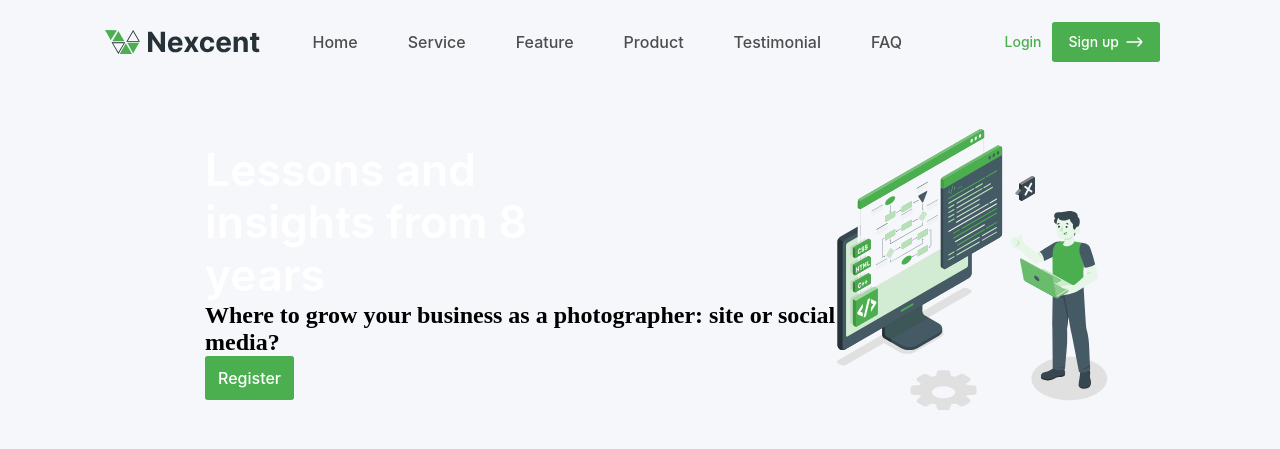
Repository: kubrazamanova/Folder4
Page: homePage/index.html
The author's editor kept a copy of each file at every save. The page is drawn from the files as they stood at one save, then again after the next save.
The browser window is 1280 px wide. The pictures show the whole page.

Above is the page before, as saved 2023-11-11 11:48:02.

### homePage/index.html
<!DOCTYPE html>
<html lang="en">
  <head>
    <meta charset="UTF-8" />
    <meta name="viewport" content="width=device-width, initial-scale=1.0" />
    <link rel="stylesheet" href="index.css" />
    <title>Document</title>
  </head>
  <body>
    <div class="container">
      <nav>
        <img src="../images/Logo.svg" alt="" />
        <ul>
          <li>
            <a href="#">Home</a>
          </li>

          <li>
            <a href="#">Service</a>
          </li>
          <li>
            <a href="#">Feature</a>
          </li>

          <li>
            <a href="#">Product</a>
          </li>

          <li>
            <a href="#">Testimonial</a>
          </li>

          <li>
            <a href="#">FAQ</a>
          </li>
        </ul>
        <div class="buttons-box">
          <button class="login-btn">
            <a href="">Login</a>
          </button>
          <button class="signup-btn">
            <a href="#">Sign up</a>
            <svg
              xmlns="http://www.w3.org/2000/svg"
              width="17"
              height="10"
              viewBox="0 0 17 10"
              fill="none"
            >
              <path
                d="M12 9L15.2929 5.70711C15.6834 5.31658 15.6834 4.68342 15.2929 4.29289L12 1M15 5L1 5"
                stroke="white"
                stroke-width="1.5"
                stroke-linecap="round"
              />
            </svg>
          </button>
        </div>
      </nav>

      <div class="box2">
        <div class="left-side">
          <h1>Lessons and insights <span> from 8 years </span></h1>
          <h2>
            Where to grow your business as a photographer: site or social media?
          </h2>
          <a href="#">Register</a>
        </div>

        <div class="right-side">
          <img src="../images/Illustration.svg" alt="" />
        </div>
      </div>
    </div>
  </body>
</html>

### homePage/index.css
* {
  margin: 0;
  padding: 0;
  box-sizing: border-box;
}

.container {
  min-height: 100vh;
  background: var(--neutral-silver, #f5f7fa);
  padding: 22px 120px 96px 105px;
}
.container nav{
  display: flex;
  align-items: center;
justify-content: space-between;
}
.container nav ul {
  display: flex;
  align-items: center;
}

.container nav ul li {
  list-style-type: none;
  margin-right: 50px;
}

.container nav ul li a {
  color: var(--neutral-d-grey, #4d4d4d);
  text-align: center;
  font-family: Inter;
  font-size: 16px;
  font-style: normal;
  font-weight: 500;
  line-height: 24px;
  text-decoration: none;
}

.container nav .buttons-box{
  display: flex;
  align-items: center;
}
.container nav button{
  border: none;
  background: none;
}
.container nav .login-btn a{
  color: var(--brand-primary, #4CAF4F);
text-align: center;
font-feature-settings: 'salt' on, 'clig' off, 'liga' off;

/* Label / Medium Label */
font-family: Inter;
font-size: 14px;
font-style: normal;
font-weight: 500;
line-height: 20px; /* 142.857% */
text-decoration: none;
}
.container nav .signup-btn{
  padding: 10px 17px;
  margin-left: 10px;
  background-color: #4CAF4F;
  display: flex;
  align-items: center;
  border-radius: 2.784px;

}
.container nav .signup-btn a{
  margin-right: 7px;
  color: var(--default-white, #FFF);
text-align: center;
font-feature-settings: 'salt' on, 'clig' off, 'liga' off;

/* Label / Medium Label */
font-family: Inter;
font-size: 14px;
font-style: normal;
font-weight: 500;
line-height: 20px; /* 142.857% */
text-decoration: none;
}

.container .box2 {
  display: flex;
  justify-content: space-between;
  align-items: center;
  padding: 66px 52px 66px 100px;
}

.container .box2 .left-side h1 {
  width: 450px;
  /* display: block;
    margin-top: 111px; */
  color: var(--neutral-d-grey, #4d4d4d);
  font-family: Inter;
  font-size: 44.548px;
  font-style: normal;
  font-weight: 600;
  line-height: 52.901px;
  font-family: Inter;
  font-size: 44.548px;
  font-style: normal;
  font-weight: 600;
  line-height: 52.901px;
  align-self: stretch;
  color: white;
}
.container

.container .box2 .left-side h2 {
  /* display: flex;
     margin-bottom: 120px; */
  color: var(--neutral-grey, #717171);
  font-family: Inter;
  font-size: 11.137px;
  font-style: normal;
  font-weight: 400;
  line-height: 16.706px;
  margin-bottom: 22px;
}

.container .box2 .left-side a {
  width: 89px;
  text-decoration: none;
  color: var(--neutral-white, #fff);
  text-align: center;
  font-family: Inter;
  font-size: 16px;
  font-style: normal;
  font-weight: 500;
  line-height: 24px;
  display: flex;
  padding: 9.745px 22.274px;
  justify-content: center;
  align-items: center;
  gap: 6.961px;
  border-radius: 2.784px;
  background: var(--brand-primary, #4caf4f);
}

.container .box2 .right-side img {
  width: 272.163px;
  height: 283.3px;
}

After the next save:
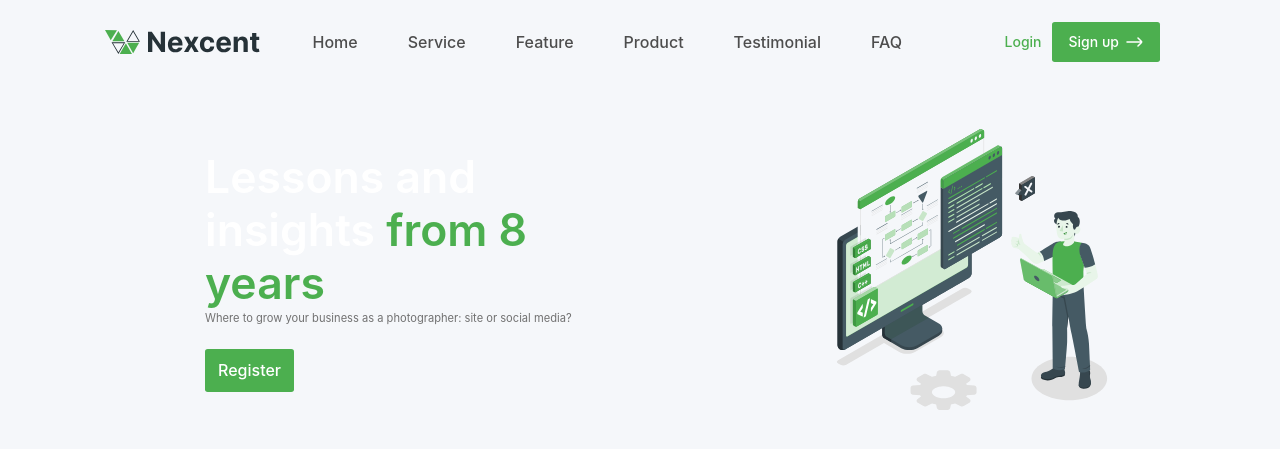
Saved 4 s later.
--- a/homePage/index.css
+++ b/homePage/index.css
@@ -105,7 +105,10 @@ text-decoration: none;
   align-self: stretch;
   color: white;
 }
-.container
+.container h1 span{
+  color: var(--brand-primary, #4caf4f);
+
+}
 
 .container .box2 .left-side h2 {
   /* display: flex;
